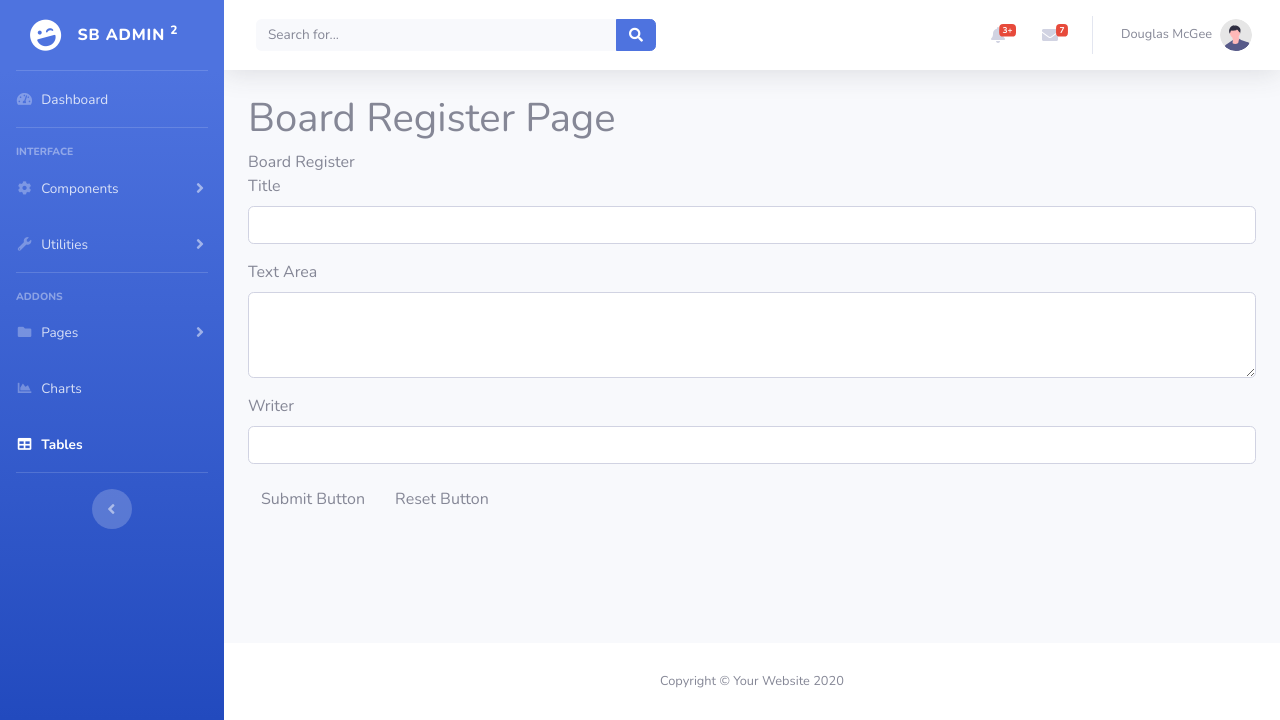
Repository: rlarmsdn2999/SpringWebProject
Page: http://localhost/board2/WEB-INF/views/board/register.jsp
The author's editor kept a copy of each file at every save. The page is drawn from the files as they stood at one save, then again after the next save.
The browser window is 1280 px wide. The pictures show the whole page.
The page is served by Tomcat 9. Nobody is signed in. The template is opened directly, without the code that normally fills it, so the values that code supplies are empty.

Above is the page before, as saved 2023-02-24 06:59:07.
Console error: SyntaxError: Unexpected string

After the next save:
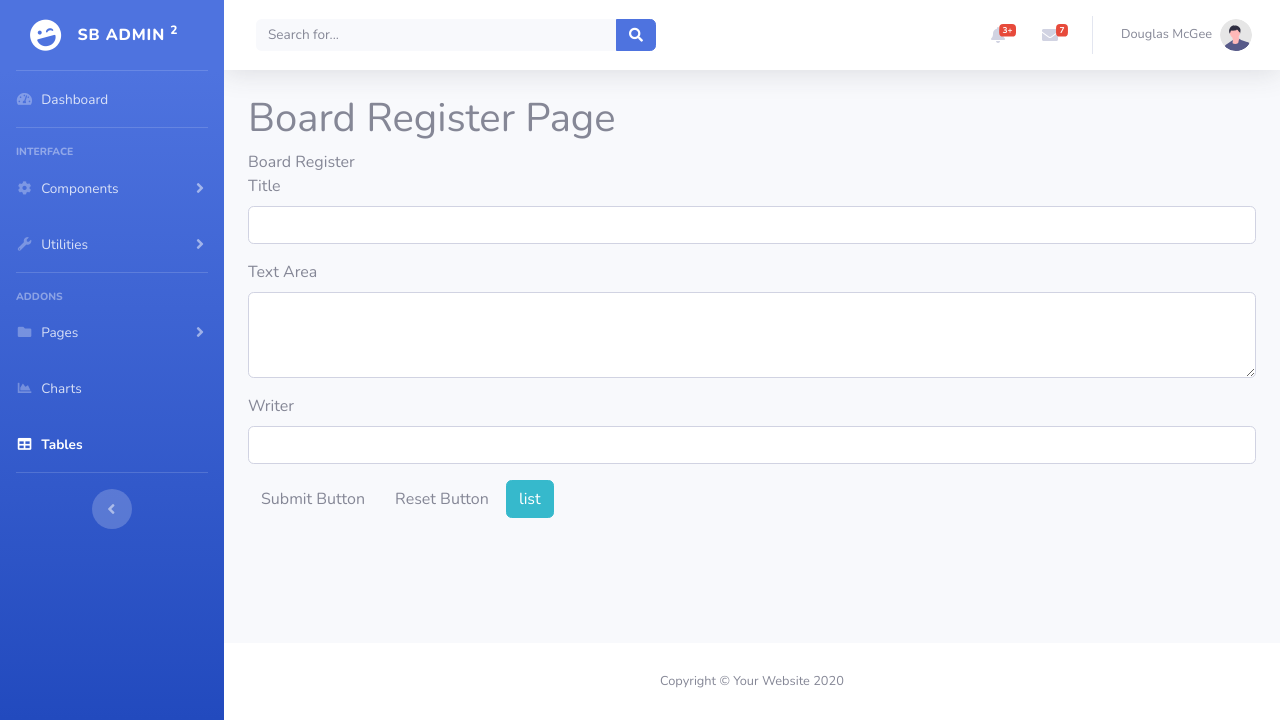
Saved 82 s later.
--- a/board2/src/main/webapp/WEB-INF/views/board/register.jsp
+++ b/board2/src/main/webapp/WEB-INF/views/board/register.jsp
@@ -31,6 +31,7 @@ pageEncoding="UTF-8" %>
 					</div>
 					<button type="submit" class="btn btn-default">Submit Button</button>
 					<button type="reset" class="btn btn-default">Reset Button</button>
+					<button type="button" class="btn btn-info" href="/board/list">list</button>
 				</form>
 			</div>
 		</div>
